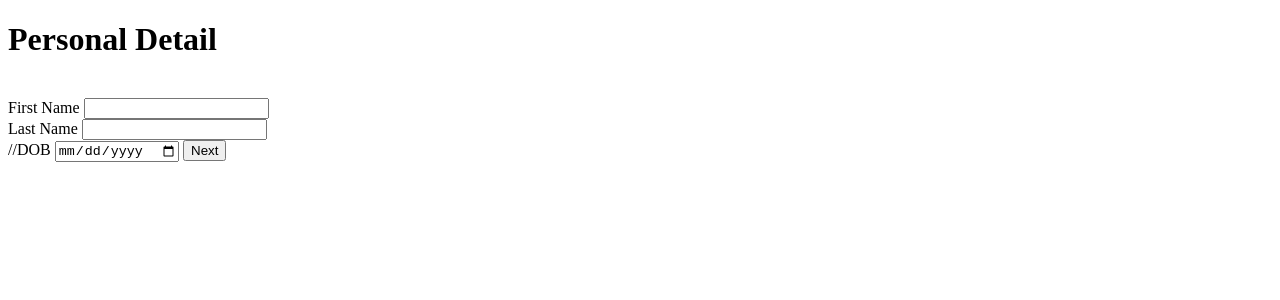
Repository: gotoharjeet/s2
Page: sessionDemo/src/main/webapp/one.html
These files come from the project's save history. The page is drawn as it stood at one moment and after the next save; the edit follows.
The browser window is 1280 px wide. The pictures show the whole page.

Above is the page before, as saved 2022-05-26 15:06:09.

After the next save:
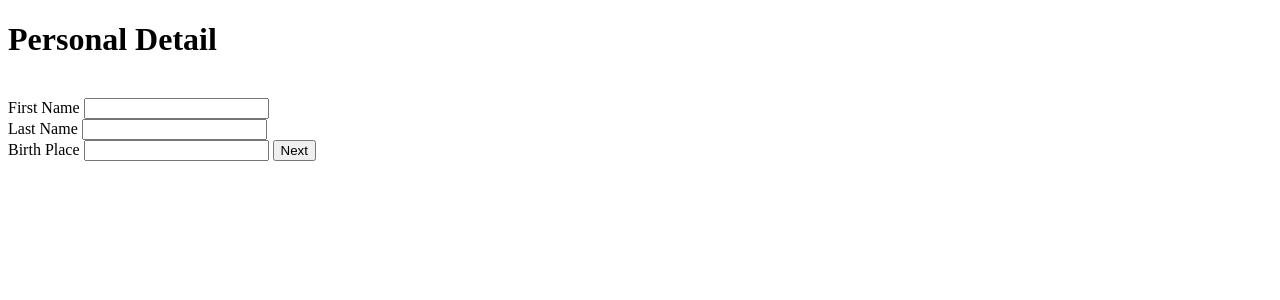
Saved 40 s later.
--- a/sessionDemo/src/main/webapp/one.html
+++ b/sessionDemo/src/main/webapp/one.html
@@ -8,7 +8,7 @@
 	<h1>Personal Detail</h1><br/>
 	First Name <input type="text" name="fname"><br/>
 	Last Name <input type="text" name="lname"><br/>
-	//DOB <input type="date" name="dob" required pattern="\d{2}-\d{2}-\d{4}><br/>
+<!-- 	DOB <input type="date" name="dob" required pattern="\d{2}-\d{2}-\d{4}><br/> -->
 	Birth Place <input type="text" name="bplace">
 	<input type="submit" value="Next">
 </body>
